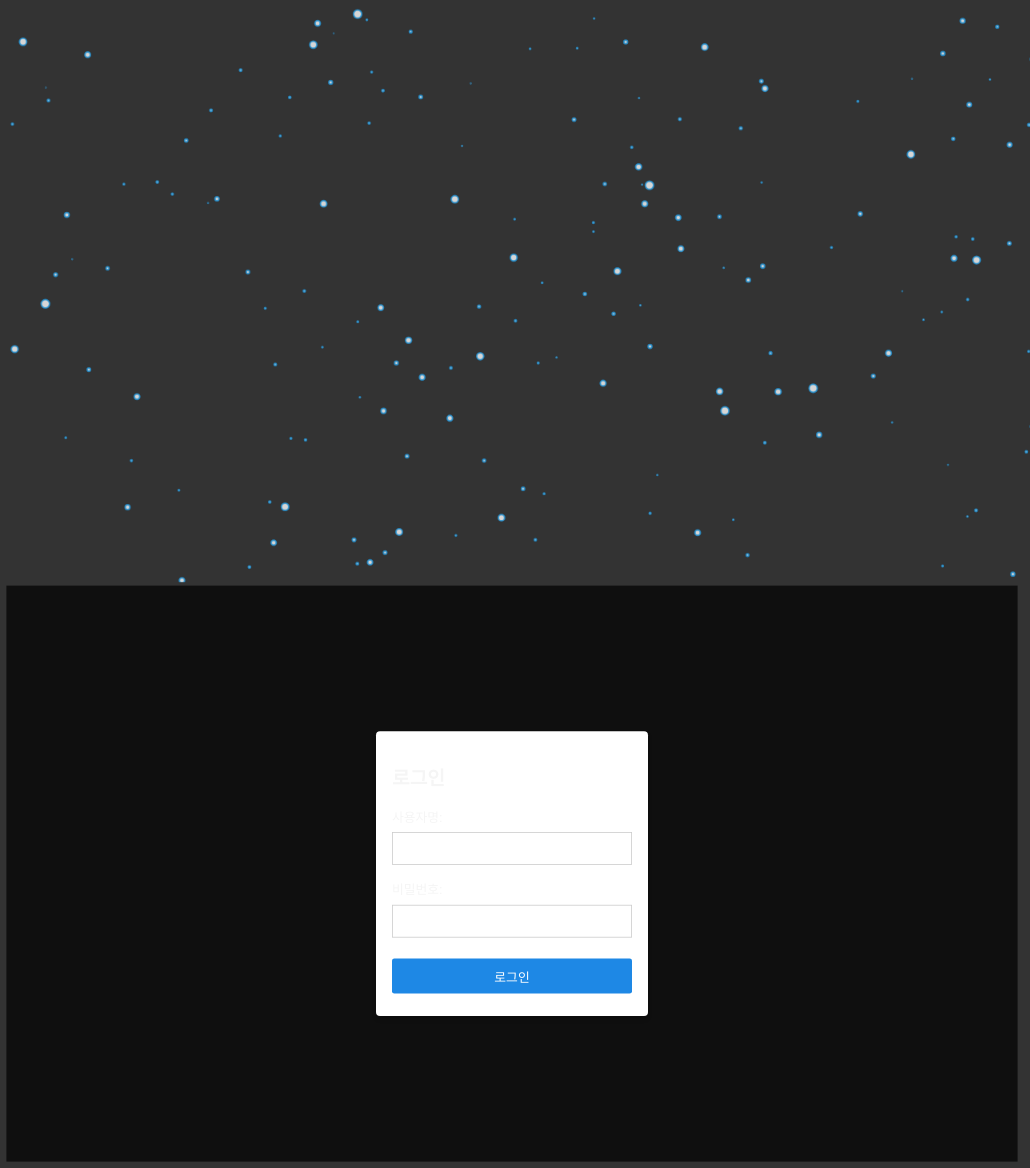
Repository: NewTurn2017/MyChome
Page: index.html
The author's editor kept a copy of each file at every save. The page is drawn from the files as they stood at one save, then again after the next save.
The browser window is 1280 px wide. The page is 1288 px wide, then 1280 px, so the pictures cover 1288 px, including what lies to the right of the window. The pictures show the whole page, at 80% of full size.
The page's requests for data from a server got no answer.

Above is the page before, as saved 2023-04-18 01:39:52.

### index.html
<!DOCTYPE html>
<html lang="ko-KR">
  <head>
    <meta charset="UTF-8" />
    <title>나만의 홈페이지</title>
    <link rel="stylesheet" href="style.css" />
  </head>

  <body>
    <canvas id="particles"></canvas>

    <div id="mainContent" style="display: none">
      <div id="content">
        <div id="clock"></div>
        <div id="quote"></div>
        <div id="weather"></div>

        <div id="todo">
          <form id="todoForm">
            <input
              type="text"
              id="todoInput"
              placeholder="할 일을 입력하세요"
            />
            <button type="submit" id="addBtn">추가</button>
          </form>
          <ul id="todoList"></ul>
          <button id="saveBtn">저장</button>
          <button id="loadBtn">불러오기</button>
        </div>
      </div>
    </div>

    <div id="loginContainer">
      <div id="loginFormContainer">
        <h2>로그인</h2>
        <form id="loginForm">
          <div class="inputContainer">
            <label for="username">사용자명:</label>
            <input type="text" id="username" />
          </div>
          <div class="inputContainer">
            <label for="password">비밀번호:</label>
            <input type="password" id="password" />
          </div>
          <button type="submit" id="loginBtn">로그인</button>
        </form>
      </div>
    </div>

    <script src="canvas.js"></script>
    <script src="database.js"></script>
    <script src="weather.js"></script>
    <script src="clock.js"></script>
    <script src="quote.js"></script>
    <script src="todo.js"></script>
    <script src="main.js"></script>
  </body>
</html>

### style.css
body {
  background-color: #333; /* 어두운 배경 색상 */
  color: #f5f5f5; /* 글자 색상을 흰색 톤으로 변경 */
  font-family: Arial, sans-serif; /* 기본 폰트 */
}

.modal {
  display: none;
  position: fixed;
  z-index: 1;
  left: 0;
  top: 0;
  width: 100%;
  height: 100%;
  background-color: rgba(0, 0, 0, 0.6);
}

.modal-content {
  background-color: white;
  margin: 15% auto;
  padding: 20px;
  border: 1px solid #888;
  width: 50%;
  max-width: 350px;
  text-align: center;
}

.close {
  color: #aaa;
  float: right;
  font-size: 28px;
  font-weight: bold;
}

.close:hover,
.close:focus {
  color: black;
  text-decoration: none;
  cursor: pointer;
}

/* 기존 스타일들 */

/* 로그인 컨테이너 스타일 */
#loginContainer {
  display: flex;
  justify-content: center;
  align-items: center;
  height: 100vh;
  background-color: rgba(0, 0, 0, 0.7);
}

#loginFormContainer {
  background-color: #fff;
  width: 300px;
  padding: 20px;
  border-radius: 5px;
  box-shadow: 0 4px 6px rgba(0, 0, 0, 0.1), 0 1px 3px rgba(0, 0, 0, 0.08);
}

h2 {
  margin-bottom: 20px;
}

.inputContainer {
  display: flex;
  flex-direction: column;
  margin-bottom: 10px;
}

input[type='text'],
input[type='password'] {
  width: 100%;
  padding: 12px 20px;
  margin: 8px 0;
  display: inline-block;
  border: 1px solid #ccc;
  box-sizing: border-box;
}

button[type='submit'] {
  background-color: #4caf50;
  color: white;
  padding: 14px 20px;
  margin: 8px 0;
  width: 100%;
  border: none;
  cursor: pointer;
}
button#loginBtn {
  width: 100%;
  padding: 10px;
  font-size: 16px;
  background-color: #1e88e5;
  color: #fff;
  border: none;
  border-radius: 3px;
  cursor: pointer;
}

#loginBtn:hover {
  opacity: 0.8;
}
/* 기존 스타일들은 그대로 유지하고, 아래 스타일을 추가하세요. */

#content {
  display: flex;
  flex-wrap: wrap;
  height: 100vh;
  justify-content: space-between;
  align-items: center;
}

#todo {
  flex-basis: calc(100% / 3);
  order: 1;
  padding: 20px;
}

#clock {
  flex-basis: calc(100% / 3);
  order: 2;
  font-size: 6em;
  display: flex;
  justify-content: center;
  align-items: center;
  font-weight: bold;
  color: #f5f5f5;
  text-shadow: 1px 1px 3px rgba(0, 0, 0, 0.7);
  text-shadow: 0 0 5px rgba(255, 255, 255, 0.5),
    0 0 10px rgba(255, 255, 255, 0.3);

  background-image: linear-gradient(
    120deg,
    rgba(255, 255, 255, 0.1) 25%,
    rgba(255, 255, 255, 0.05) 50%,
    rgba(255, 255, 255, 0.1) 75%
  );
  background-size: 200% 200%;
  animation: glowing 2s infinite alternate;
}

/* 금속 빛이 나는 효과 */
@keyframes glowing {
  0% {
    text-shadow: 0 0 3px #fff, 0 0 5px #fff, 0 0 7px #1e88e5, 0 0 10px #1e88e5,
      0 0 13px #1e88e5, 0 0 15px #1e88e5, 0 0 20px #1e88e5;
  }
  100% {
    text-shadow: 0 0 5px #fff, 0 0 10px #fff, 0 0 15px #1e88e5, 0 0 20px #1e88e5,
      0 0 25px #1e88e5, 0 0 30px #1e88e5, 0 0 35px #1e88e5;
  }
}

#weather {
  flex-basis: calc(100% / 5);
  order: 3;
  padding: 20px;
  text-align: right;
}

#quote {
  flex-basis: 100%;
  order: 4;
  padding: 30px;
  font-size: 1.5em;
  display: flex;
  justify-content: center;
  align-items: flex-end;
  height: calc(100% / 10);
  font-style: italic; /* 이태리체 */
  text-shadow: 2px 2px 4px rgba(0, 0, 0, 0.7);
  transform: translateY(-5px);
  transition: transform 0.3s;
}

#quote:hover {
  transform: translateY(-8px);
}

### canvas.js
// 파티클 생성과 관련된 코드를 추가합니다.
const canvas = document.getElementById('particles')
const ctx = canvas.getContext('2d')
canvas.width = window.innerWidth
canvas.height = window.innerHeight

class Particle {
  constructor(x, y, size) {
    this.x = x
    this.y = y
    this.size = size
    this.speedX = Math.random() * 3 - 1.5
    this.speedY = Math.random() * 3 - 1.5
  }

  update() {
    this.x += this.speedX
    this.y += this.speedY

    if (this.size > 0.2) this.size -= 0.1
  }

  draw() {
    ctx.fillStyle = 'rgba(255, 255, 255, 0.8)'
    ctx.strokeStyle = 'rgba(34, 147, 214, 0.8)'
    ctx.lineWidth = 2
    ctx.beginPath()
    ctx.arc(this.x, this.y, this.size, 0, Math.PI * 2)
    ctx.closePath()
    ctx.fill()
    ctx.stroke()
  }
}

const particlesArray = []

function handleParticles() {
  for (let i = 0; i < 5; i++) {
    let x = Math.random() * canvas.width
    let y = Math.random() * canvas.height
    let size = Math.random() * 5 + 1
    particlesArray.push(new Particle(x, y, size))
  }

  for (let i = 0; i < particlesArray.length; i++) {
    particlesArray[i].update()
    particlesArray[i].draw()

    if (particlesArray[i].size <= 0.3) {
      particlesArray.splice(i, 1)
      i--
    }
  }
}

function animateParticles() {
  ctx.clearRect(0, 0, canvas.width, canvas.height)
  handleParticles()
  requestAnimationFrame(animateParticles)
}

animateParticles()

### database.js
const users = [
  {
    username: 'admin',
    password: '1234',
  },
]

function validateUser(username, password) {
  const user = users.find(
    (user) => user.username === username && user.password === password
  )

  return user ? true : false
}

### weather.js
const apiKey = '826d7a44b198cf8c95e55967b086ae22' // 발급 받은 API 키를 입력하세요.

async function getWeather(city) {
  const response = await fetch(
    `https://api.openweathermap.org/data/2.5/weather?q=${city}&appid=${apiKey}&units=metric`
  )

  if (response.status === 200) {
    const data = await response.json()
    console.log(data)
    return data
  } else {
    throw new Error('날씨 정보를 불러오는데 실패했습니다.')
  }
}

const weatherDiv = document.getElementById('weather')

async function displayWeather() {
  try {
    const city = 'busan' // 원하는 도시 이름을 입력하세요.
    const weatherData = await getWeather(city)
    console.log(weatherData)
    const weatherDescription = weatherData.weather[0].description
    const temperature = weatherData.main.temp
    const feelsLike = weatherData.main.feels_like
    const weatherIconCode = weatherData.weather[0].icon

    weatherDiv.innerHTML = `
      <h2>부산</h2>
      <h3>날씨: ${weatherDescription}</h3>
      <p>온도: ${temperature}°C</p>
      <p>체감 온도: ${feelsLike}°C</p>
      <img src="https://openweathermap.org/img/wn/${weatherIconCode}@2x.png" alt="${weather}">
    `
  } catch (error) {
    weatherDiv.innerHTML = `<p>${error.message}</p>`
  }
}

displayWeather()

### clock.js
// 시계 출력 함수
function showClock() {
  const now = new Date() // 현재 시간을 가져옴
  const hour = now.getHours() // 시간을 가져옴
  const minute = now.getMinutes() // 분을 가져옴
  const second = now.getSeconds() // 초를 가져옴

  const clock = document.getElementById('clock')
  clock.textContent = `${hour < 10 ? '0' + hour : hour}:${
    minute < 10 ? '0' + minute : minute
  }:${second < 10 ? '0' + second : second}`

  // 1초마다 showClock 함수를 호출하여 시간을 업데이트 함
  setTimeout(showClock, 1000)
}

// showClock 함수를 최초로 호출하여 화면에 시계를 표시함
showClock()

### quote.js
const apiKey2 = 'DZgTWSk7G8zffkGfHBZ9nA==LBa1KGthmH6oC8lA' // Replace with your actual API key

const categories = [
  'age',
  'alone',
  'amazing',
  'anger',
  'architecture',
  'art',
  'attitude',
  'beauty',
  'best',
  'birthday',
  'business',
  'car',
  'change',
  'communications',
  'computers',
  'cool',
  'courage',
  'dad',
  'dating',
  'death',
  'design',
  'dreams',
  'education',
  'environmental',
  'equality',
  'experience',
  'failure',
  'faith',
  'family',
  'famous',
  'fear',
  'fitness',
  'food',
  'forgiveness',
  'freedom',
  'friendship',
  'funny',
  'future',
  'god',
  'good',
  'government',
  'graduation',
  'great',
  'happiness',
  'health',
  'history',
  'home',
  'hope',
  'humor',
  'imagination',
  'inspirational',
  'intelligence',
  'jealousy',
  'knowledge',
  'leadership',
  'learning',
  'legal',
  'life',
  'love',
  'marriage',
  'medical',
  'men',
  'mom',
  'money',
  'morning',
  'movies',
  'success',
]

function getRandomCategory() {
  return categories[Math.floor(Math.random() * categories.length)]
}

function fetchQuote() {
  const category = getRandomCategory()
  const url = `https://api.api-ninjas.com/v1/quotes?category=${category}`

  fetch(url, {
    method: 'GET',
    headers: {
      'X-Api-Key': apiKey2,
      'Content-Type': 'application/json',
    },
  })
    .then((response) => {
      if (response.ok) {
        return response.json()
      } else {
        throw new Error('Network response was not ok')
      }
    })
    .then((result) => {
      displayQuote(result[0])
    })
    .catch((error) => {
      console.error('Error: ', error)
    })
}

function displayQuote(quoteObj) {
  const quote = quoteObj.quote
  const author = quoteObj.author

  const quoteElement = document.getElementById('quote')
  quoteElement.innerHTML = `<p>${quote}</p><p><em>- ${author}</em></p>`
}

// Fetch a new quote
fetchQuote()

### todo.js
// Todo List 출력 함수
function showTodoList() {
  const todoList = JSON.parse(localStorage.getItem('todoList')) || [] // 로컬 스토리지에서 Todo List를 가져옴

  const todoListElem = document.getElementById('todoList')
  todoListElem.innerHTML = ''

  todoList.forEach((todo, index) => {
    const li = document.createElement('li')
    li.innerHTML = `
        <input type="text" value="${todo}" data-index="${index}">
        <button class="deleteBtn" data-index="${index}">삭제</button>
      `
    todoListElem.appendChild(li)
  })

  // 삭제 버튼 클릭 이벤트 핸들러 등록
  const deleteBtns = document.querySelectorAll('.deleteBtn')
  deleteBtns.forEach((btn) => {
    btn.onclick = function () {
      const index = this.dataset.index
      todoList.splice(index, 1)
      localStorage.setItem('todoList', JSON.stringify(todoList)) // 로컬 스토리지에 Todo List를 저장함
      showTodoList()
    }
  })
}

// Todo List 추가 함수
function addTodoList() {
  const todoInput = document.getElementById('todoInput')
  const todoList = JSON.parse(localStorage.getItem('todoList')) || [] // 로컬 스토리지에서 Todo List를 가져옴
  todoList.push(todoInput.value) // 새로운 할 일을 추가함
  localStorage.setItem('todoList', JSON.stringify(todoList)) // 로컬 스토리지에 Todo List를 저장함
  todoInput.value = '' // 입력 필드를 초기화함
  showTodoList()
}

// Todo List 수정 함수
function modifyTodoList(index, value) {
  const oldTodoList = JSON.parse(localStorage.getItem('todoList')) || [] // 로컬 스토리지에서 Todo List를 가져옴
  oldTodoList[index] = value // 할 일을 수정함
  localStorage.setItem('todoList', JSON.stringify(oldTodoList)) // 로컬 스토리지에 Todo List를 저장함
  showTodoList()
}

// Todo List 저장 함수
function saveTodoList() {
  const todoList = JSON.parse(localStorage.getItem('todoList')) || [] // 로컬 스토리지에서 Todo List를 가져옴
  const filename = 'todolist.json'
  const blob = new Blob([JSON.stringify(todoList)], {
    type: 'application/json',
  })
  const url = URL.createObjectURL(blob)
  const a = document.createElement('a')
  a.href = url
  a.download = filename
  a.click()
}
// Todo List 불러오기 함수
async function loadTodoList() {
  const input = document.createElement('input')
  input.type = 'file'
  input.accept = 'application/json'
  input.onchange = async function () {
    const file = input.files[0]
    const reader = new FileReader()
    reader.readAsText(file)
    reader.onloadend = async function () {
      if (reader.result) {
        const newTodoList = JSON.parse(reader.result)
        localStorage.setItem('todoList', JSON.stringify(newTodoList)) // 로컬 스토리지에 Todo List를 저장함
        showTodoList()
      }
    }
  }
  input.click()
}

// Todo List Form submit 이벤트 핸들러 등록
const todoForm = document.getElementById('todoForm')
todoForm.onsubmit = function (event) {
  event.preventDefault() // 기본 동작을 막음
  addTodoList()
}

// 저장 버튼 click 이벤트 핸들러 등록
const saveBtn = document.getElementById('saveBtn')
saveBtn.onclick = function () {
  saveTodoList()
}

// 불러오기 버튼 click 이벤트 핸들러 등록
const loadBtn = document.getElementById('loadBtn')
loadBtn.onclick = async function () {
  await loadTodoList()
}

// showTodoList 함수를 최초로 호출하여 화면에 Todo List를 표시함
showTodoList()

### main.js
// 로그인 폼 전송
const loginForm = document.getElementById('loginForm')
const loginContainer = document.getElementById('loginContainer')

loginForm.addEventListener('submit', function (event) {
  event.preventDefault() // 폼 기본 동작 중단

  // 입력된 아이디와 비밀번호 가져오기
  const username = loginForm.username.value
  const password = loginForm.password.value

  // 아이디와 비밀번호 검증
  if (validateUser(username, password)) {
    alert('로그인되었습니다.')
    // 로그인 성공 시 mainContent div를 표시함
    document.getElementById('mainContent').style.display = 'block'
    // 로그인 성공 시 loginContainer를 숨김
    loginContainer.style.display = 'none'

    // 로그인 상태를 localStorage에 저장
    localStorage.setItem('isLoggedIn', true)
  } else {
    alert('아이디 또는 비밀번호가 올바르지 않습니다.')
  }
})

// 페이지 로드 시 로그인 상태 확인
document.addEventListener('DOMContentLoaded', function () {
  const isLoggedIn = localStorage.getItem('isLoggedIn')

  if (isLoggedIn === 'true') {
    // 로그인된 상태이면 mainContent를 표시하고 loginContainer를 숨김
    document.getElementById('mainContent').style.display = 'block'
    loginContainer.style.display = 'none'
  } else {
    // 로그인되지 않은 상태이면 mainContent를 숨기고 loginContainer를 표시
    document.getElementById('mainContent').style.display = 'none'
    loginContainer.style.display = 'flex'
  }
})

After the next save:
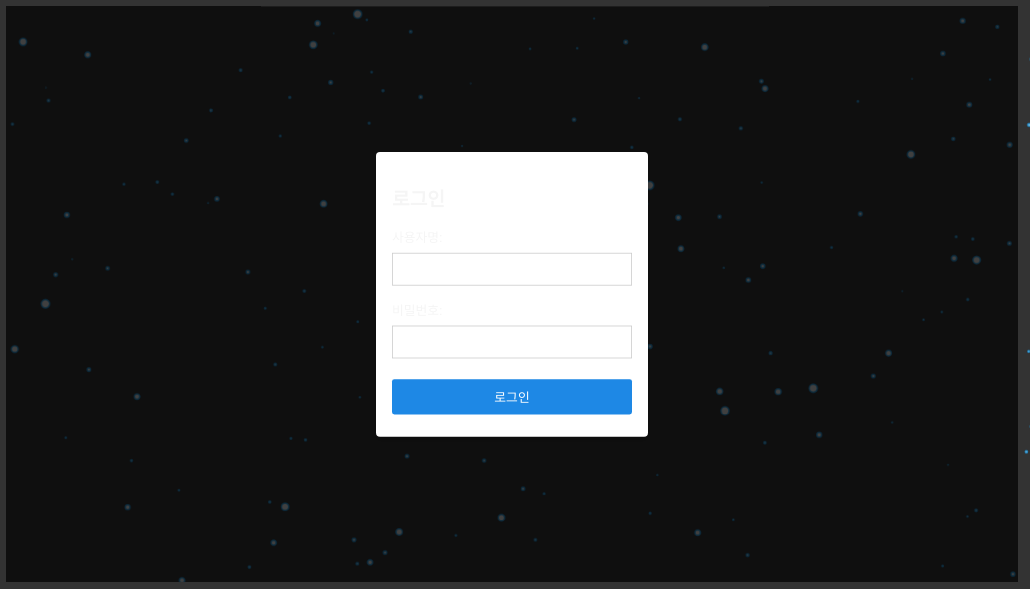
Saved 69 s later.
--- a/canvas.js
+++ b/canvas.js
@@ -1,5 +1,7 @@
 // 파티클 생성과 관련된 코드를 추가합니다.
 const canvas = document.getElementById('particles')
+canvas.style.position = 'fixed'
+canvas.style.zIndex = '-1' // z-index 값을 -1로 변경
 const ctx = canvas.getContext('2d')
 canvas.width = window.innerWidth
 canvas.height = window.innerHeight
